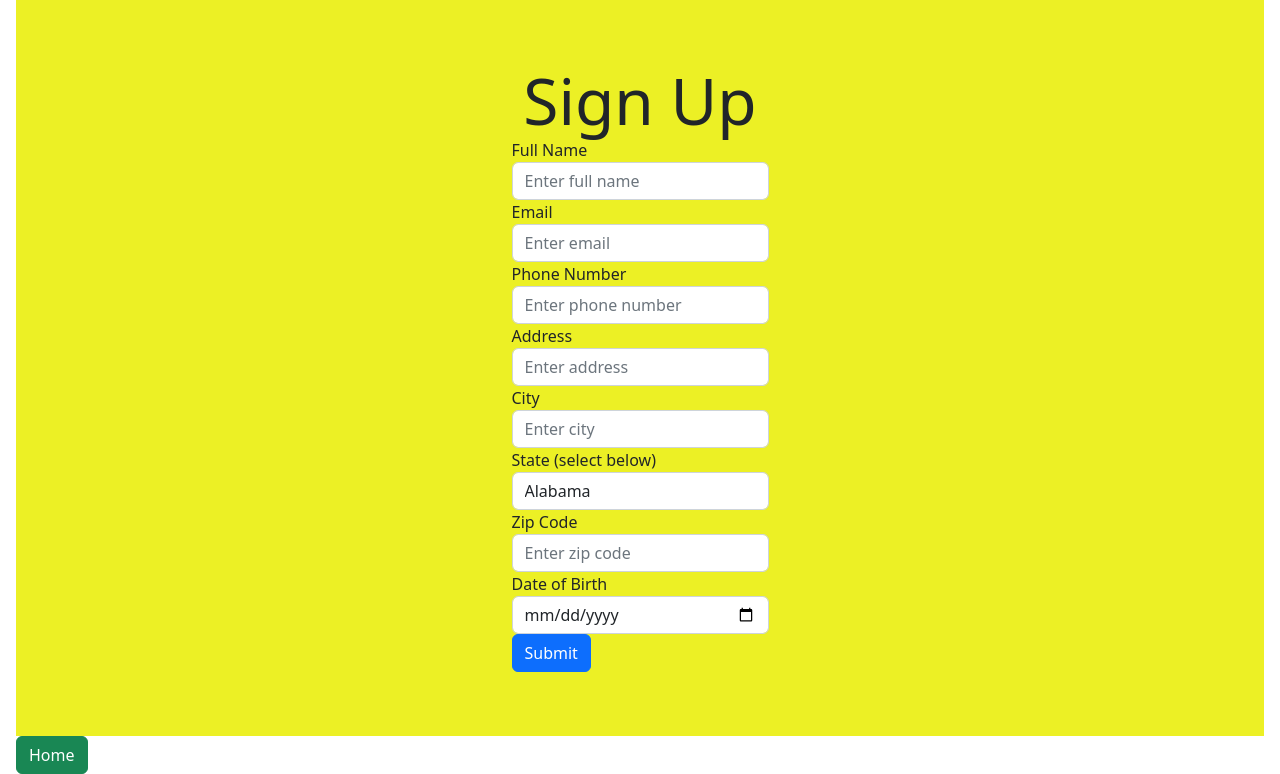
Repository: collegedude9300/zenschool
Page: /SignUp
An editor plug-in stored every save of this project. The page is shown before and after the next save, followed by the edit.
The browser window is 1280 px wide. The pictures show the whole page.
The project was rebuilt for these pictures with package versions that can differ from the ones it lists, and the page was loaded fresh each time. The framework's server and built-in components were replaced by stand-ins that run in the browser. Also part of the build but not shown: next.config.js.

Above is the page before, as saved 2023-04-14 22:35:06.

After the next save:
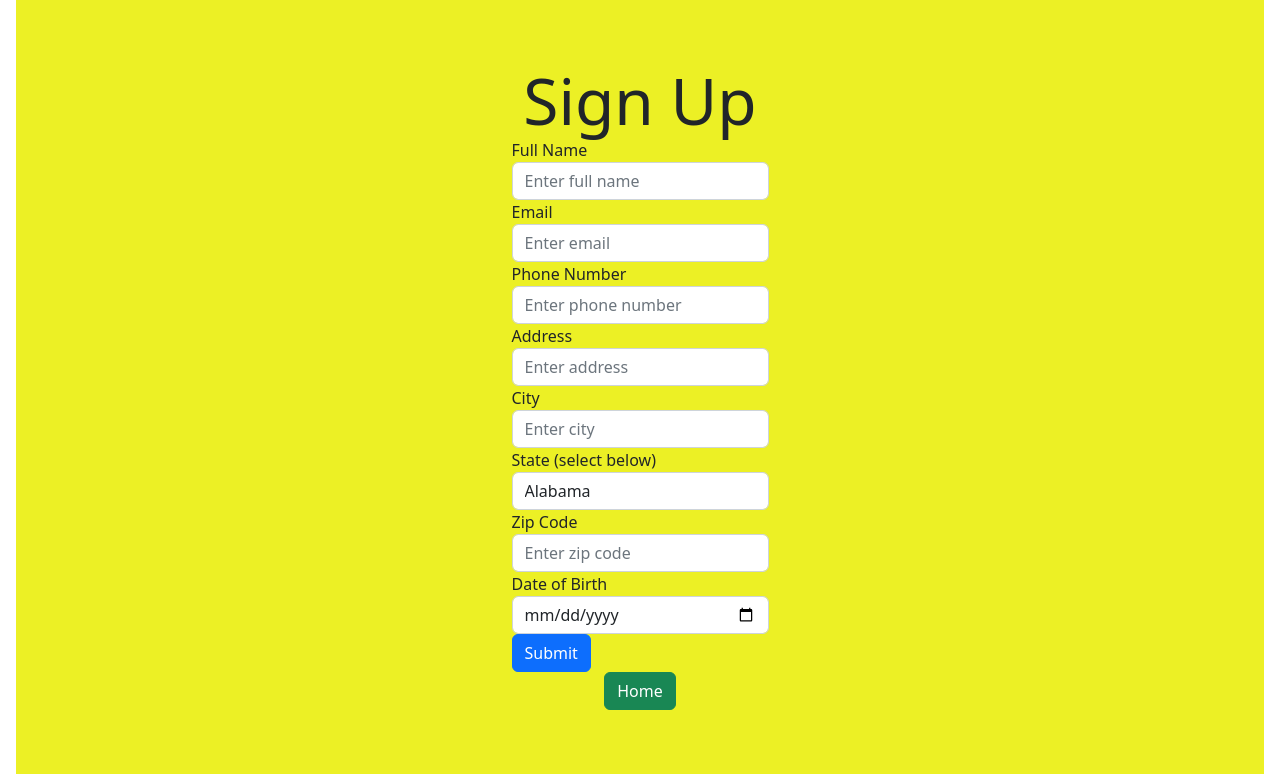
Saved 25 s later.
--- a/pages/SignUp.js
+++ b/pages/SignUp.js
@@ -189,11 +189,9 @@ return (
         </div>
         <button type="submit" className="btn btn-primary">Submit</button>
       </form>
-
-
-    </main>
       <Link legacyBehavior href="/">
         <a className="btn btn-success">Home</a>
         </Link>
+    </main>
   </div>
 )}
